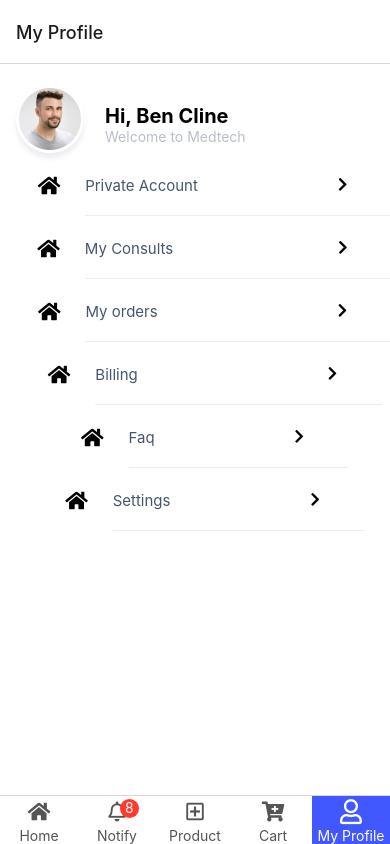
Repository: ntu34543/designReactNative
Screen: /My Profile
An editor plug-in stored every save of this project. The screen is shown before and after a run of saves, followed by the edit.
The app was drawn by React Native's web renderer in a window 390 px wide. The project was rebuilt for these pictures with package versions that can differ from the ones it lists, and the page was loaded fresh each time. Also part of the build but not shown: page/DiabetesCare.js, page/Notify.js, page/Cart.js.

Above is the screen before, as saved 2022-11-02 11:07:36.

After the next 2 saves:
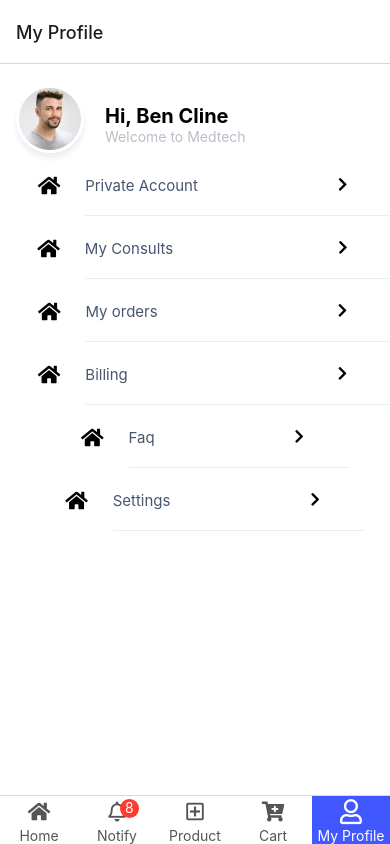
The 2 saves are shown as one change because they came seconds apart.
The last was saved 7 s later.
--- a/page/Profile.js
+++ b/page/Profile.js
@@ -137,7 +137,7 @@ const styles = StyleSheet.create({
     paddingLeft: 180,
   },
   iconChevron3 : {
-    paddingLeft: 190,
+    paddingLeft: 210,
   },
   iconChevron4 : {
     paddingLeft: 140,
